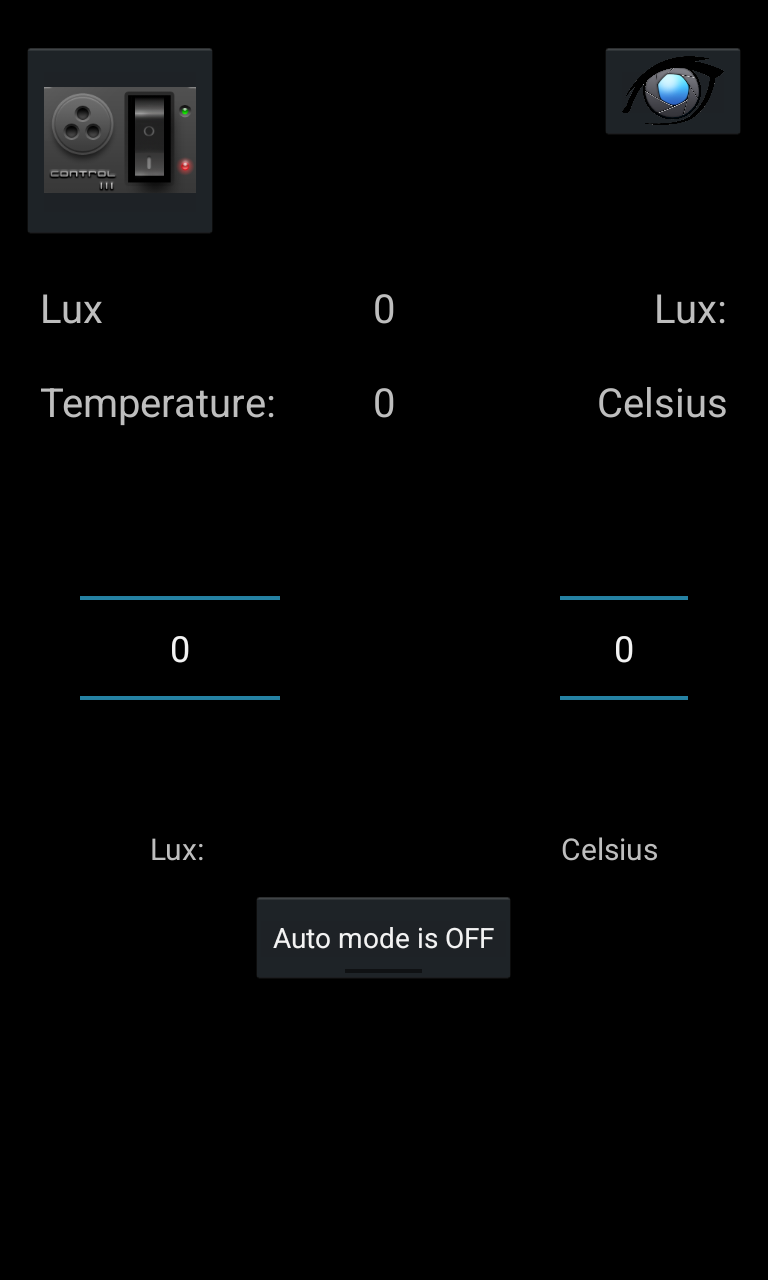
Repository: deanzaka/Shroom_IOIO_OpenCV
Layout: samples/IOIOSimpleApp/res/layout/main.xml
The author's editor kept a copy of each file at every save. The layout is drawn from the files as they stood at one save, then again after the next save.
It is drawn on a 768 x 1280 px phone screen (xhdpi) without system bars, with theme android:Theme.Holo; the app's code is not run.

Above is the layout before, as saved 2014-06-04 09:52:57.

### samples/IOIOSimpleApp/res/layout/main.xml
<?xml version="1.0" encoding="utf-8"?>
<LinearLayout xmlns:android="http://schemas.android.com/apk/res/android"
    android:orientation="vertical"
    android:layout_width="fill_parent"
    android:layout_height="fill_parent"
    android:background="#00000000">

    <RelativeLayout
        android:layout_width="match_parent"
        android:layout_height="wrap_content"
        android:orientation="horizontal"
        android:paddingTop="10dp">

        <ImageButton
            android:src="@drawable/camera"
            android:id="@+id/CameraButton"
            android:layout_width="wrap_content"
            android:layout_height="wrap_content"
            android:layout_margin="10dp"
            android:layout_alignParentRight="true"
            android:maxWidth="75dp"
  			android:maxHeight="75dp"
  			android:scaleType="fitCenter"
            android:adjustViewBounds="true"
            android:onClick="ColorBlobSetup"
            />

        <ImageButton
		    android:id="@+id/panel"
		    android:src="@drawable/panel"
		    android:layout_height="100dp"
		    android:layout_width="100dp"
		    android:layout_marginTop="10dp"
		    android:layout_marginLeft="10dp"
		    android:scaleType="fitCenter"
		    android:layout_alignParentLeft="true"
		    android:onClick="menuAct"
		    />

    </RelativeLayout>

	<RelativeLayout
		android:layout_width="match_parent"
		android:layout_height="wrap_content"
		android:orientation="horizontal"
		android:paddingTop="20dp">
		<TextView
			android:text="@string/inte_label"
			android:layout_width="wrap_content"
			android:layout_height="wrap_content"
			android:layout_alignParentLeft="true"
			android:paddingLeft="20dp"
			android:textSize="20sp"
			/>

		<TextView
		    android:id="@+id/LuxValue"
		    android:layout_width="wrap_content"
		    android:layout_height="wrap_content"
		    android:layout_centerHorizontal="true"
		    android:text="0"
		    android:textSize="20sp" />

		<TextView
			android:text="@string/lux_label"
			android:layout_width="wrap_content"
			android:layout_height="wrap_content"
			android:layout_alignParentRight="true"
			android:paddingRight="20dp"
			android:textSize="20sp"
			/>
	</RelativeLayout>

	<RelativeLayout
		android:layout_width="wrap_content"
		android:layout_height="wrap_content"
		android:orientation="horizontal"
		android:paddingTop="20dp">
		<TextView
			android:text="@string/temp_label"
			android:layout_width="wrap_content"
			android:layout_height="wrap_content"
			android:paddingLeft="20dp"
			android:layout_alignParentLeft="true"
			android:textSize="20sp"
			/>
		<TextView
			android:id="@+id/TempValue"
			android:text="0"
			android:layout_width="wrap_content"
			android:layout_height="wrap_content"
			android:layout_centerHorizontal="true"
			android:textSize="20sp"
			/>
		<TextView
			android:text="@string/cel_label"
			android:layout_width="wrap_content"
			android:layout_height="wrap_content"
			android:paddingRight="20dp"
			android:layout_alignParentRight="true"
			android:textSize="20sp"
			/>
	</RelativeLayout>

	<RelativeLayout
	    android:layout_width="fill_parent"
		android:layout_height="wrap_content"
		android:orientation="horizontal"
		android:gravity="center_horizontal"
		android:paddingTop="20dp">

		<NumberPicker
		    android:id="@+id/userLux"
		    android:layout_width="100dp"
		    android:layout_height="wrap_content"
		    android:layout_alignParentLeft="true"
		    android:layout_marginLeft="40dp"/>

		<NumberPicker
		    android:id="@+id/userTemp"
		    android:layout_width="wrap_content"
		    android:layout_height="wrap_content"
		    android:layout_alignParentRight="true"
		    android:layout_marginRight="40dp"/>

	</RelativeLayout>

	<RelativeLayout
	    android:layout_width="fill_parent"
		android:layout_height="wrap_content"
		android:orientation="horizontal"
		android:gravity="center_horizontal">

		<TextView
		    android:text="@string/lux_label"
		    android:layout_width="wrap_content"
		    android:layout_height="wrap_content"
		    android:layout_alignParentLeft="true"
		    android:layout_marginLeft="75dp"
		    android:textSize="15sp"/>

		<TextView
		    android:text="@string/cel_label"
		    android:layout_width="wrap_content"
		    android:layout_height="wrap_content"
		    android:layout_alignParentRight="true"
		    android:layout_marginRight="55dp"
		    android:textSize="15sp"/>

	</RelativeLayout>

	<ToggleButton
			android:id="@+id/ToggleAuto"
			android:layout_width="wrap_content"
			android:layout_height="wrap_content"
			android:layout_margin="10dp"
			android:textOff="Auto mode is OFF"
			android:textOn="Auto mode is ON"
			android:layout_gravity="center_horizontal"
			/>
</LinearLayout>

### samples/IOIOSimpleApp/res/values/strings.xml
<?xml version="1.0" encoding="utf-8"?>
<resources>

    <string name="app_name">Shroom</string>
    <string name="lux_label">Lux:</string>
    <string name="cel_label">Celsius</string>
    <string name="temp_label">Temperature:</string>
    <string name="inte_label">Lux</string>
    <string name="IR_label">IR</string>
    <string name="title_activity_menu">Shroom</string>
    <string name="seekbar_label">Move to unlock panel</string>
    <string name="action_settings">Settings</string>
    <string name="hello_world">Hello world!</string>
    <string name="setup_label">Choose button to setup color codes</string>
    <string name="setup_title">setup Color Codes</string>

</resources>

After the next save:
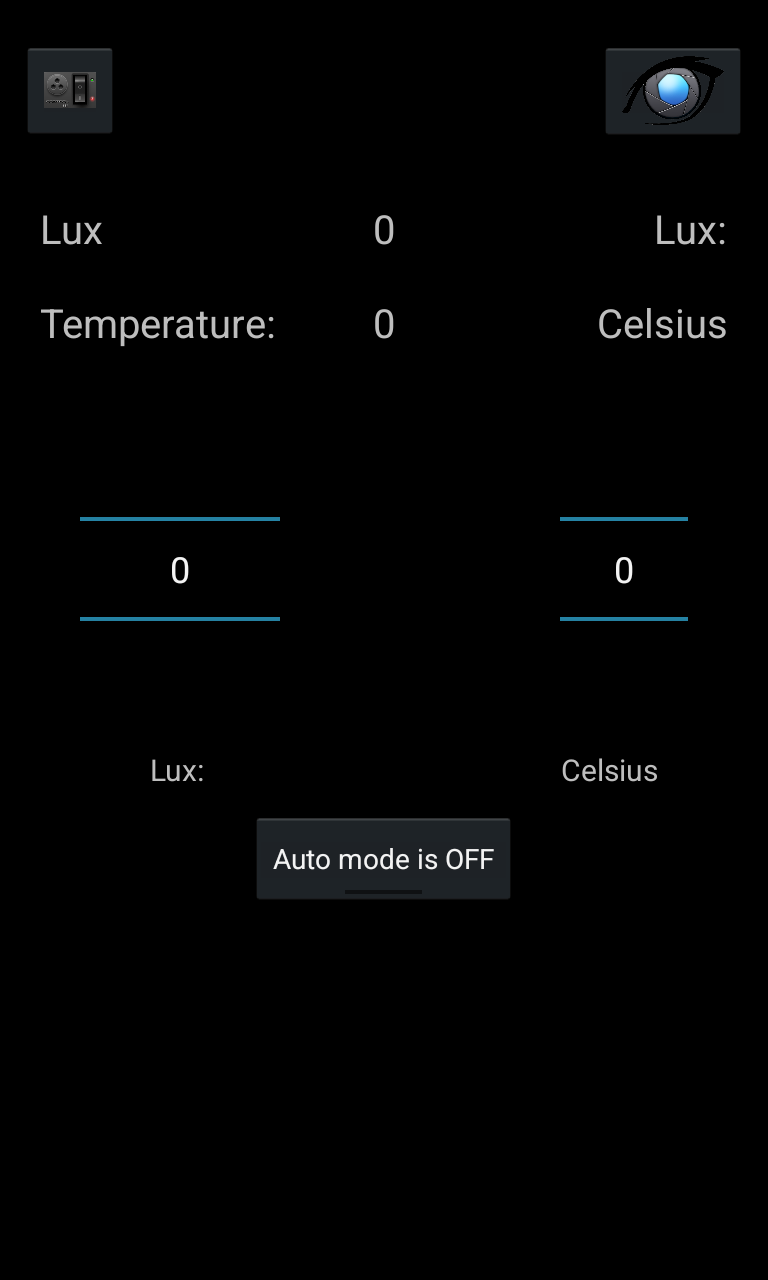
Saved 25 s later.
--- a/samples/IOIOSimpleApp/res/layout/main.xml
+++ b/samples/IOIOSimpleApp/res/layout/main.xml
@@ -28,8 +28,8 @@
         <ImageButton
 		    android:id="@+id/panel"
 		    android:src="@drawable/panel"
-		    android:layout_height="100dp"
-		    android:layout_width="100dp"
+		    android:layout_height="50dp"
+		    android:layout_width="50dp"
 		    android:layout_marginTop="10dp"
 		    android:layout_marginLeft="10dp"
 		    android:scaleType="fitCenter"
